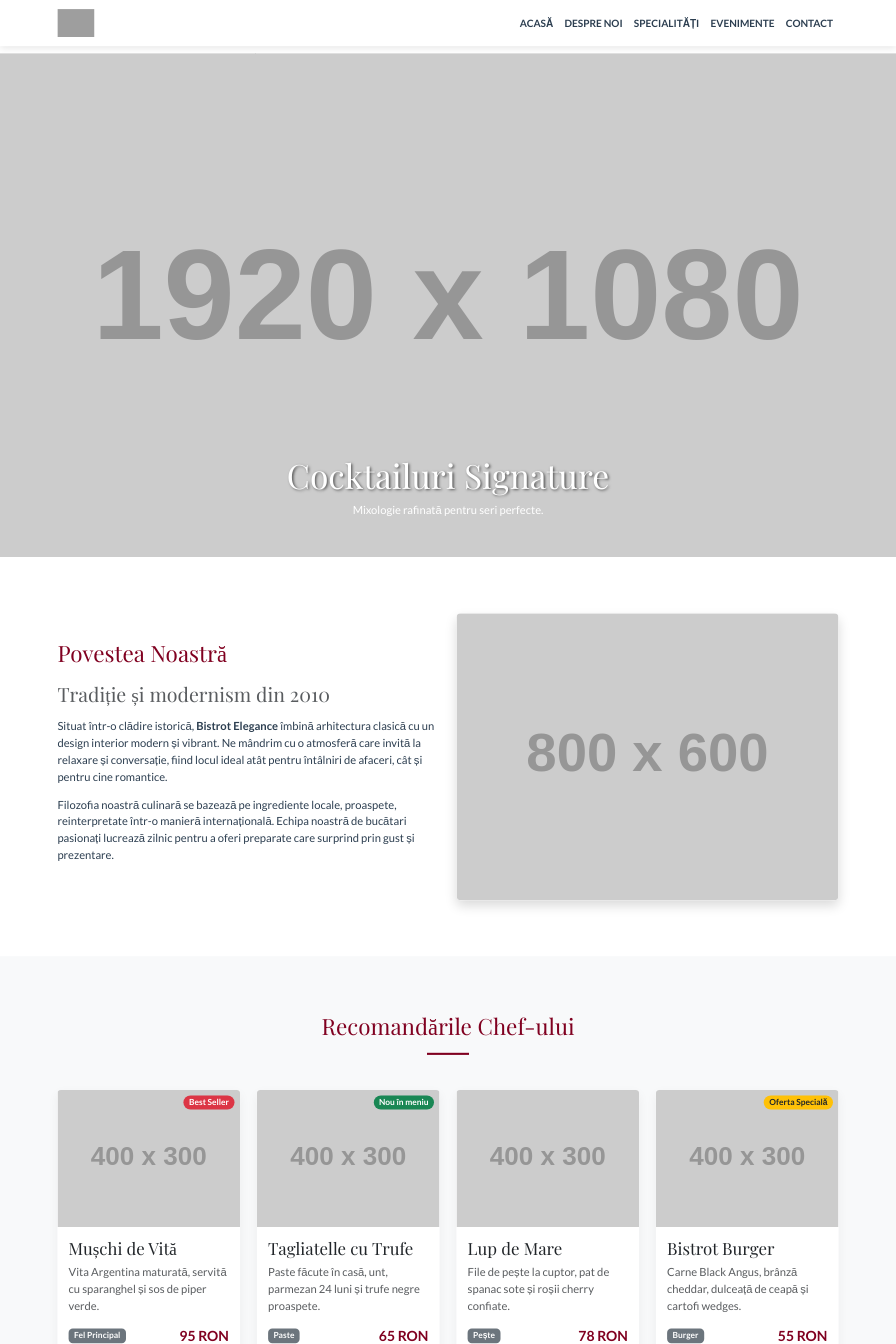
Repository: 912-Comsa-Teodora/bistrot-restaurant
Page: restaurant/index.html
These files come from the project's save history. The page is drawn as it stood at one moment and after the next save; the edit follows.
The browser window is 1280 px wide. The pictures show the part of the page from y = 0 to 1920 px (the page is 3200 px tall before and 3056 px after), at 70% of full size.
Pictures or frames that could not be fetched are drawn as grey boxes.

Above is the page before, as saved 2026-01-04 20:53:40.

### restaurant/index.html
<!DOCTYPE html>
<html lang="ro">
<head>
    <meta charset="UTF-8">
    <meta name="viewport" content="width=device-width, initial-scale=1.0">
    <meta name="description" content="Cel mai bun restaurant și bar din oraș. Atmosferă unică, meniu select.">
    <meta name="author" content="Numele Tau">

    <title>Bistrot Elegance - Restaurant & Bar</title>

    <link href="https://cdn.jsdelivr.net/npm/bootstrap@5.3.0/dist/css/bootstrap.min.css" rel="stylesheet">

    <link rel="stylesheet" href="https://cdnjs.cloudflare.com/ajax/libs/font-awesome/6.4.0/css/all.min.css">

    <link href="https://fonts.googleapis.com/css2?family=Playfair+Display:wght@400;700&family=Lato:wght@300;400;700&display=swap" rel="stylesheet">

    <style>
        :root {
            --primary-color: #800020; /* Visiniu elegant stil Toulouse */
            --gold-color: #d4af37;
            --text-dark: #2c3e50;
        }

        body {
            font-family: 'Lato', sans-serif;
            color: var(--text-dark);
            padding-top: 76px; /* Pentru a nu ascunde continutul sub meniul fix */
        }

        h1, h2, h3, h4, h5 {
            font-family: 'Playfair Display', serif;
            color: var(--primary-color);
        }

        /* Navigatie */
        .navbar {
            background-color: #fff;
            box-shadow: 0 2px 10px rgba(0,0,0,0.1);
        }

        .navbar-brand img {
            max-height: 40px;
        }

        .nav-link {
            color: var(--text-dark);
            font-weight: 700;
            text-transform: uppercase;
            font-size: 0.9rem;
        }

        .nav-link:hover {
            color: var(--primary-color);
        }

        /* Carousel Custom */
        #heroCarousel .carousel-item img {
            height: 80vh; /* Inaltimea caruselului */
            object-fit: cover;
            filter: brightness(0.7); /* Intunecam putin imaginile pentru contrast text */
        }

        .carousel-caption h2 {
            font-size: 3rem;
            color: #fff;
            text-shadow: 2px 2px 4px rgba(0,0,0,0.6);
        }

        /* Sectiuni Generale */
        section {
            padding: 80px 0;
        }

        .bg-light-custom {
            background-color: #f8f9fa;
        }

        .section-title {
            text-align: center;
            margin-bottom: 50px;
            position: relative;
        }

        .section-title::after {
            content: '';
            display: block;
            width: 60px;
            height: 3px;
            background-color: var(--primary-color);
            margin: 20px auto;
        }

        /* Carduri Meniu */
        .card {
            border: none;
            transition: transform 0.3s;
            box-shadow: 0 5px 15px rgba(0,0,0,0.05);
        }

        .card:hover {
            transform: translateY(-5px);
        }

        .price-tag {
            font-size: 1.25rem;
            font-weight: bold;
            color: var(--primary-color);
        }

        /* Footer */
        footer {
            background-color: #1a1a1a;
            color: #fff;
            padding: 60px 0 20px;
        }

        footer h4 {
            color: var(--gold-color);
            margin-bottom: 20px;
        }

        .social-icons a {
            color: #fff;
            font-size: 1.5rem;
            margin-right: 15px;
            transition: color 0.3s;
        }

        .social-icons a:hover {
            color: var(--gold-color);
        }
    </style>
</head>
<body>

    <header id="home">
        <nav class="navbar navbar-expand-lg navbar-light fixed-top">
            <div class="container">
                <a class="navbar-brand" href="index.html">
                    <img src="./pictures/logo_crab.png" alt="Logo Bistrot Elegance">
                </a>

                <button class="navbar-toggler" type="button" data-bs-toggle="collapse" data-bs-target="#navbarContent" aria-controls="navbarContent" aria-expanded="false" aria-label="Toggle navigation">
                    <span class="navbar-toggler-icon"></span>
                </button>

                <div class="collapse navbar-collapse" id="navbarContent">
                    <ul class="navbar-nav ms-auto mb-2 mb-lg-0">
                        <li class="nav-item">
                            <a class="nav-link" href="#home">Acasă</a>
                        </li>
                        <li class="nav-item">
                            <a class="nav-link" href="#despre">Despre Noi</a>
                        </li>
                        <li class="nav-item">
                            <a class="nav-link" href="#specialitati">Specialități</a>
                        </li>
                        <li class="nav-item">
                            <a class="nav-link" href="#evenimente">Evenimente</a>
                        </li>
                        <li class="nav-item">
                            <a class="nav-link" href="#contact">Contact</a>
                        </li>
                    </ul>
                </div>
            </div>
        </nav>
    </header>

        <div id="carouselExampleSlidesOnly" class="carousel slide carousel-fade" data-bs-ride="carousel">

            <div class="carousel-inner">

                <div class="carousel-item active" data-bs-interval="4000">
                    <img src="pictures/appetizer-basil-caprese.jpg" class="d-block w-100" alt="Interior restaurant seara cu lumini ambientale">
                    <div class="carousel-caption d-none d-md-block">
                        <h2>Bun venit la Bistrot Elegance</h2>
                        <p>O experiență culinară de neuitat în inima orașului.</p>
                    </div>
                </div>

                <div class="carousel-item" data-bs-interval="4000">
                    <img src="https://placehold.co/1920x1080/444/fff?text=Bar+Cocktails" class="d-block w-100" alt="Barman preparând cocktailuri signature">
                    <div class="carousel-caption d-none d-md-block">
                        <h2>Cocktailuri Signature</h2>
                        <p>Mixologie rafinată pentru seri perfecte.</p>
                    </div>
                </div>

                <div class="carousel-item" data-bs-interval="4000">
                    <img src="https://placehold.co/1920x1080/555/fff?text=Platou+Gourmet" class="d-block w-100" alt="Platou cu specialitati culinare gourmet">
                    <div class="carousel-caption d-none d-md-block">
                        <h2>Gusturi Autentice</h2>
                        <p>Preparate create cu pasiune din ingrediente locale.</p>
                    </div>
                </div>

                <div class="carousel-item" data-bs-interval="4000">
                    <img src="https://placehold.co/1920x1080/666/fff?text=Terasa+Vara" class="d-block w-100" alt="Terasa exterioara plina de verdeata">
                    <div class="carousel-caption d-none d-md-block">
                        <h2>Oază de Liniște</h2>
                        <p>Relaxează-te pe terasa noastră plină de verdeață.</p>
                    </div>
                </div>

                <div class="carousel-item" data-bs-interval="4000">
                    <img src="https://placehold.co/1920x1080/777/fff?text=Deserturi+Fine" class="d-block w-100" alt="Deserturi facute in casa">
                    <div class="carousel-caption d-none d-md-block">
                        <h2>Deserturi Artizanale</h2>
                        <p>Finalul dulce perfect pentru orice masă.</p>
                    </div>
                </div>

            </div>
            </div>

    <section id="despre">
        <div class="container">
            <div class="row align-items-center">
                <div class="col-lg-6 mb-4 mb-lg-0">
                    <h2 class="mb-4">Povestea Noastră</h2>
                    <h3 class="text-muted mb-3">Tradiție și modernism din 2010</h3>
                    <p>
                        Situat într-o clădire istorică, <strong>Bistrot Elegance</strong> îmbină arhitectura clasică cu un design interior modern și vibrant. Ne mândrim cu o atmosferă care invită la relaxare și conversație, fiind locul ideal atât pentru întâlniri de afaceri, cât și pentru cine romantice.
                    </p>
                    <p>
                        Filozofia noastră culinară se bazează pe ingrediente locale, proaspete, reinterpretate într-o manieră internațională. Echipa noastră de bucătari pasionați lucrează zilnic pentru a oferi preparate care surprind prin gust și prezentare.
                    </p>
                </div>
                <div class="col-lg-6">
                    <img src="https://placehold.co/800x600/eee/333?text=Interior+Local" class="img-fluid rounded shadow" alt="Fotografie cu interiorul restaurantului la ora pranzului">
                </div>
            </div>
        </div>
    </section>

    <section id="specialitati" class="bg-light-custom">
        <div class="container">
            <h2 class="section-title">Recomandările Chef-ului</h2>
            <div class="row g-4">

                <div class="col-md-6 col-lg-3">
                    <div class="card h-100">
                        <span class="position-absolute top-0 end-0 badge rounded-pill bg-danger m-2">
                            Best Seller
                        </span>
                        <img src="https://placehold.co/400x300/800020/fff?text=Vita+Argentina" class="card-img-top" alt="Friptura de vita pe gratar">
                        <div class="card-body d-flex flex-column">
                            <h4 class="card-title">Mușchi de Vită</h4>
                            <p class="card-text text-muted">Vita Argentina maturată, servită cu sparanghel și sos de piper verde.</p>
                            <div class="mt-auto d-flex justify-content-between align-items-center">
                                <span class="badge bg-secondary">Fel Principal</span>
                                <span class="price-tag">95 RON</span>
                            </div>
                        </div>
                    </div>
                </div>

                <div class="col-md-6 col-lg-3">
                    <div class="card h-100">
                         <span class="position-absolute top-0 end-0 badge rounded-pill bg-success m-2">
                            Nou în meniu
                        </span>
                        <img src="https://placehold.co/400x300/d4af37/fff?text=Paste+Trufe" class="card-img-top" alt="Paste proaspete cu trufe negre">
                        <div class="card-body d-flex flex-column">
                            <h4 class="card-title">Tagliatelle cu Trufe</h4>
                            <p class="card-text text-muted">Paste făcute în casă, unt, parmezan 24 luni și trufe negre proaspete.</p>
                            <div class="mt-auto d-flex justify-content-between align-items-center">
                                <span class="badge bg-secondary">Paste</span>
                                <span class="price-tag">65 RON</span>
                            </div>
                        </div>
                    </div>
                </div>

                <div class="col-md-6 col-lg-3">
                    <div class="card h-100">
                        <img src="https://placehold.co/400x300/2c3e50/fff?text=Lup+de+Mare" class="card-img-top" alt="File de peste cu legume">
                        <div class="card-body d-flex flex-column">
                            <h4 class="card-title">Lup de Mare</h4>
                            <p class="card-text text-muted">File de pește la cuptor, pat de spanac sote și roșii cherry confiate.</p>
                            <div class="mt-auto d-flex justify-content-between align-items-center">
                                <span class="badge bg-secondary">Pește</span>
                                <span class="price-tag">78 RON</span>
                            </div>
                        </div>
                    </div>
                </div>

                <div class="col-md-6 col-lg-3">
                    <div class="card h-100">
                        <span class="position-absolute top-0 end-0 badge rounded-pill bg-warning text-dark m-2">
                            Oferta Specială
                        </span>
                        <img src="https://placehold.co/400x300/555/fff?text=Burger+Gourmet" class="card-img-top" alt="Burger mare cu cartofi prajiti">
                        <div class="card-body d-flex flex-column">
                            <h4 class="card-title">Bistrot Burger</h4>
                            <p class="card-text text-muted">Carne Black Angus, brânză cheddar, dulceață de ceapă și cartofi wedges.</p>
                            <div class="mt-auto d-flex justify-content-between align-items-center">
                                <span class="badge bg-secondary">Burger</span>
                                <span class="price-tag">55 RON</span>
                            </div>
                        </div>
                    </div>
                </div>

            </div>
        </div>
    </section>

    <section id="evenimente">
        <div class="container">
            <h2 class="section-title">Evenimente & Atmosferă</h2>
            <div class="row">
                <div class="col-lg-4 mb-4">
                    <h3>Muzică Live & Seri Tematice</h3>
                    <p>În fiecare seară de vineri și sâmbătă, atmosfera este întreținută de artiști locali de jazz și pian.</p>
                    <p>Organizam degustări de vinuri în fiecare ultimă joi din lună. Vă așteptăm să descoperiți soiuri premiate alături de somelierul nostru.</p>
                    <div class="alert alert-info mt-3" role="alert">
                        <strong>Rezervare necesară!</strong> Locurile sunt limitate pentru serile de muzică live.
                    </div>
                </div>

                <div class="col-lg-4 col-md-6 mb-4">
                    <img src="https://placehold.co/400x300/333/fff?text=Concert+Jazz" class="img-fluid rounded mb-4 w-100" alt="Formatie de jazz cantand live">
                    <img src="https://placehold.co/400x300/555/fff?text=Degustare+Vin" class="img-fluid rounded w-100" alt="Pahare de vin pe masa">
                </div>

                <div class="col-lg-4 col-md-6">
                    <img src="https://placehold.co/400x650/800020/fff?text=Petrecere+Privata" class="img-fluid rounded h-100 w-100" style="object-fit: cover;" alt="Grup de oameni la o masa festiva">
                </div>
            </div>
        </div>
    </section>

    <footer id="contact">
        <div class="container">
            <div class="row">
                <div class="col-md-4 mb-4">
                    <h4>Contact</h4>
                    <p><i class="fas fa-map-marker-alt me-2"></i> Strada Principală Nr. 10, Cluj-Napoca</p>
                    <p><i class="fas fa-phone me-2"></i> +40 722 123 456</p>
                    <p><i class="fas fa-envelope me-2"></i> contact@bistrotelegance.ro</p>
                </div>

                <div class="col-md-4 mb-4">
                    <h4>Program</h4>
                    <p>Luni - Joi: 10:00 - 23:00</p>
                    <p>Vineri - Sâmbătă: 10:00 - 02:00</p>
                    <p>Duminică: 12:00 - 23:00</p>
                </div>

                <div class="col-md-4 mb-4 text-md-end text-start">
                    <h4>Urmărește-ne</h4>
                    <div class="social-icons">
                        <a href="#" aria-label="Facebook"><i class="fab fa-facebook-f"></i></a>
                        <a href="#" aria-label="Instagram"><i class="fab fa-instagram"></i></a>
                        <a href="#" aria-label="TripAdvisor"><i class="fab fa-tripadvisor"></i></a>
                    </div>
                </div>
            </div>

            <hr class="bg-light">

            <div class="row">
                <div class="col-12 text-center">
                    <p class="small mb-0">&copy; 2023 Bistrot Elegance. Toate drepturile rezervate.</p>
                </div>
            </div>
        </div>
    </footer>

    <script src="https://cdn.jsdelivr.net/npm/bootstrap@5.3.0/dist/js/bootstrap.bundle.min.js"></script>
</body>
</html>

After the next save:
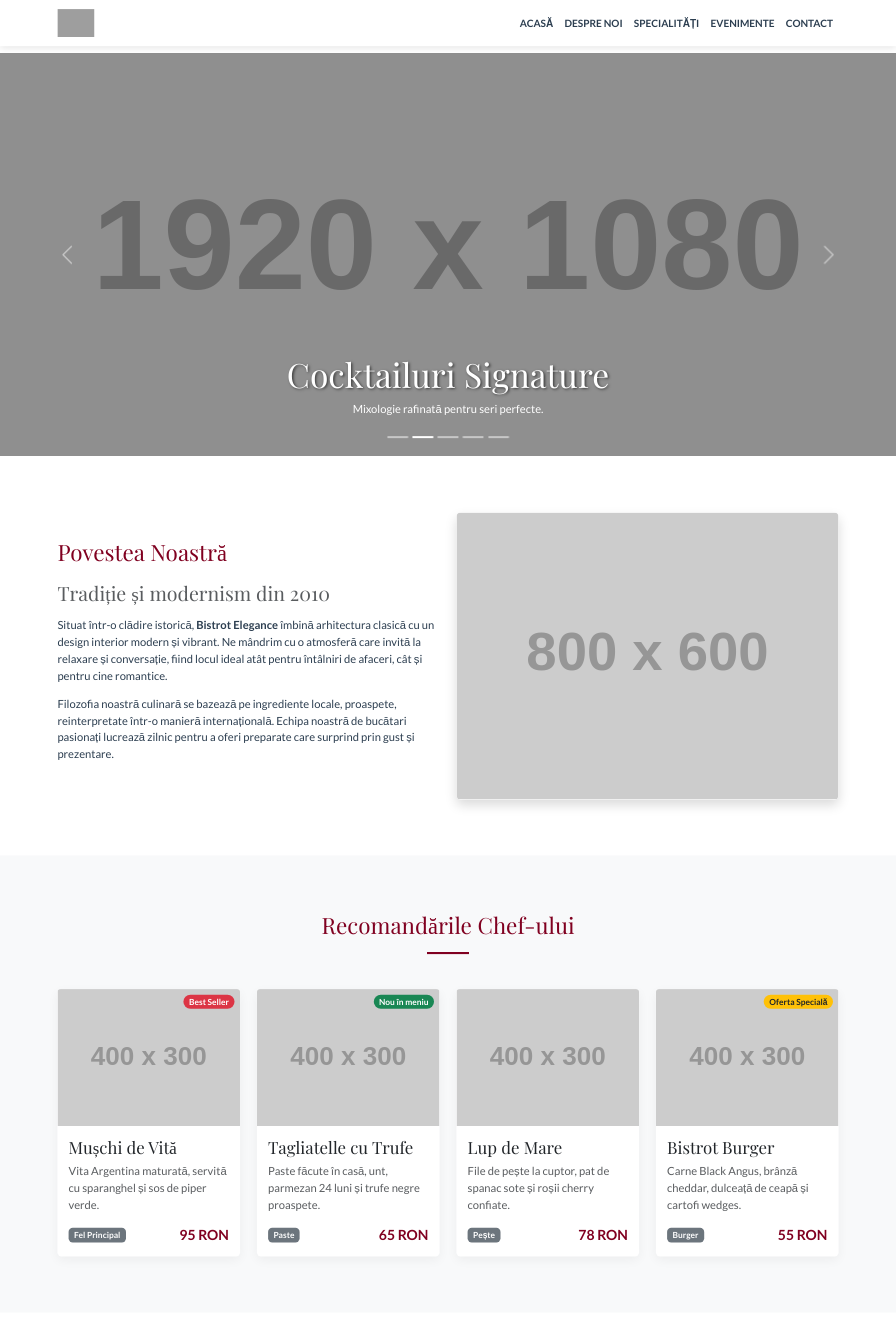
Saved 80 s later.
--- a/restaurant/index.html
+++ b/restaurant/index.html
@@ -167,10 +167,16 @@
         </nav>
     </header>
 
-        <div id="carouselExampleSlidesOnly" class="carousel slide carousel-fade" data-bs-ride="carousel">
+        <div id="heroCarousel" class="carousel slide carousel-fade" data-bs-ride="carousel">
+            <div class="carousel-indicators">
+                <button type="button" data-bs-target="#heroCarousel" data-bs-slide-to="0" class="active" aria-current="true" aria-label="Slide 1"></button>
+                <button type="button" data-bs-target="#heroCarousel" data-bs-slide-to="1" aria-label="Slide 2"></button>
+                <button type="button" data-bs-target="#heroCarousel" data-bs-slide-to="2" aria-label="Slide 3"></button>
+                <button type="button" data-bs-target="#heroCarousel" data-bs-slide-to="3" aria-label="Slide 4"></button>
+                <button type="button" data-bs-target="#heroCarousel" data-bs-slide-to="4" aria-label="Slide 5"></button>
+            </div>
 
             <div class="carousel-inner">
-
                 <div class="carousel-item active" data-bs-interval="4000">
                     <img src="pictures/appetizer-basil-caprese.jpg" class="d-block w-100" alt="Interior restaurant seara cu lumini ambientale">
                     <div class="carousel-caption d-none d-md-block">
@@ -178,7 +184,6 @@
                         <p>O experiență culinară de neuitat în inima orașului.</p>
                     </div>
                 </div>
-
                 <div class="carousel-item" data-bs-interval="4000">
                     <img src="https://placehold.co/1920x1080/444/fff?text=Bar+Cocktails" class="d-block w-100" alt="Barman preparând cocktailuri signature">
                     <div class="carousel-caption d-none d-md-block">
@@ -186,33 +191,26 @@
                         <p>Mixologie rafinată pentru seri perfecte.</p>
                     </div>
                 </div>
-
                 <div class="carousel-item" data-bs-interval="4000">
                     <img src="https://placehold.co/1920x1080/555/fff?text=Platou+Gourmet" class="d-block w-100" alt="Platou cu specialitati culinare gourmet">
-                    <div class="carousel-caption d-none d-md-block">
-                        <h2>Gusturi Autentice</h2>
-                        <p>Preparate create cu pasiune din ingrediente locale.</p>
-                    </div>
-                </div>
-
+                </div>
                 <div class="carousel-item" data-bs-interval="4000">
                     <img src="https://placehold.co/1920x1080/666/fff?text=Terasa+Vara" class="d-block w-100" alt="Terasa exterioara plina de verdeata">
-                    <div class="carousel-caption d-none d-md-block">
-                        <h2>Oază de Liniște</h2>
-                        <p>Relaxează-te pe terasa noastră plină de verdeață.</p>
-                    </div>
-                </div>
-
+                </div>
                 <div class="carousel-item" data-bs-interval="4000">
                     <img src="https://placehold.co/1920x1080/777/fff?text=Deserturi+Fine" class="d-block w-100" alt="Deserturi facute in casa">
-                    <div class="carousel-caption d-none d-md-block">
-                        <h2>Deserturi Artizanale</h2>
-                        <p>Finalul dulce perfect pentru orice masă.</p>
-                    </div>
-                </div>
-
-            </div>
-            </div>
+                </div>
+            </div>
+
+            <button class="carousel-control-prev" type="button" data-bs-target="#heroCarousel" data-bs-slide="prev">
+                <span class="carousel-control-prev-icon" aria-hidden="true"></span>
+                <span class="visually-hidden">Previous</span>
+            </button>
+            <button class="carousel-control-next" type="button" data-bs-target="#heroCarousel" data-bs-slide="next">
+                <span class="carousel-control-next-icon" aria-hidden="true"></span>
+                <span class="visually-hidden">Next</span>
+            </button>
+        </div>
 
     <section id="despre">
         <div class="container">
